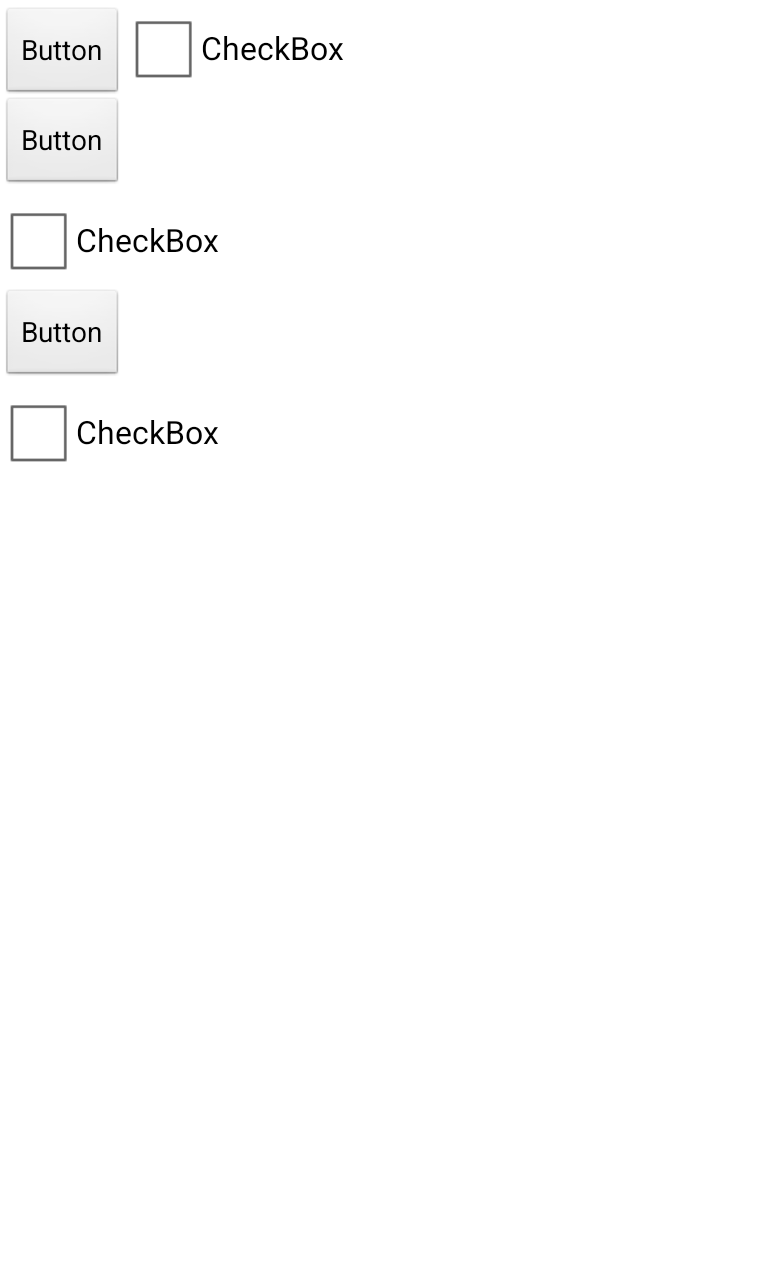
Repository: INBASD/Solar-Power-Project
Layout: Solar power calculator android/res/layout/menu.xml
The author's editor kept a copy of each file at every save. The layout is drawn from the files as they stood at one save, then again after the next save.
It is drawn on a 768 x 1280 px phone screen (xhdpi) without system bars, with theme AppTheme; the app's code is not run.

Above is the layout before, as saved 2012-09-08 04:23:42.

After the next save:
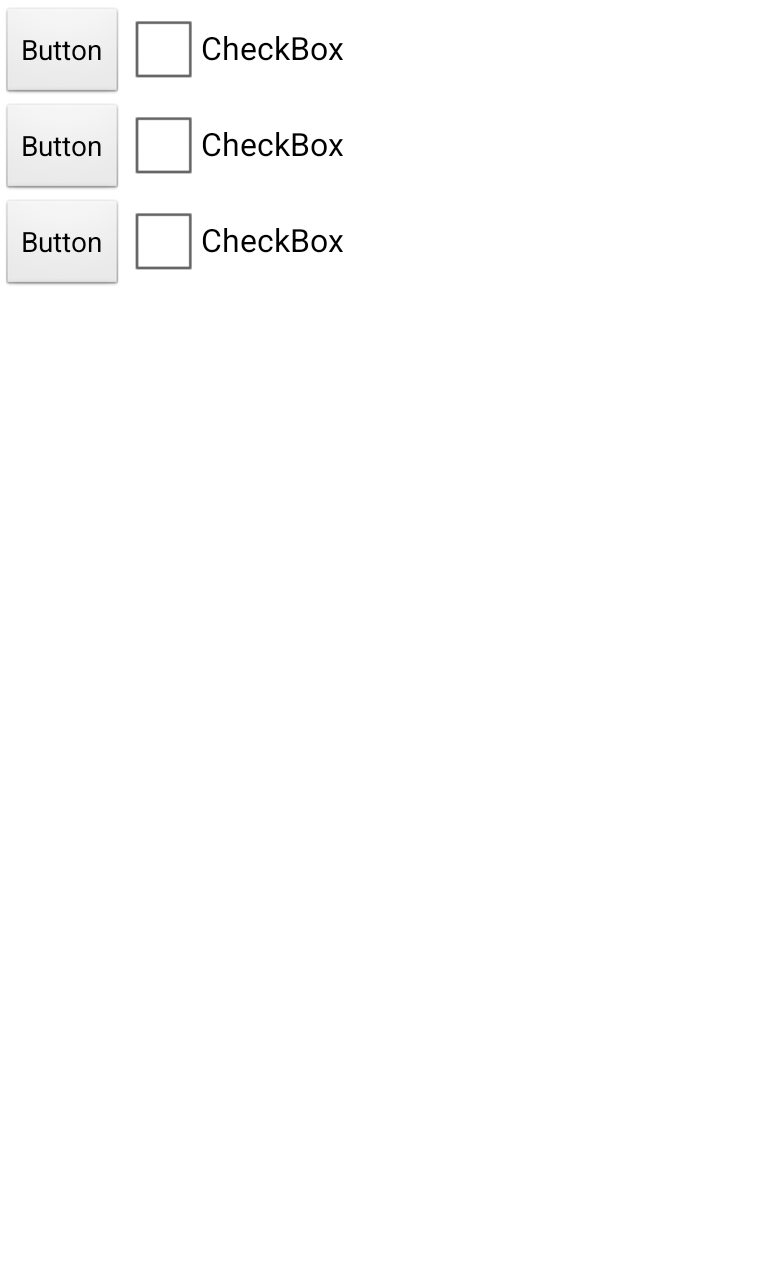
Saved 33 s later.
--- a/Solar power calculator android/res/layout/menu.xml
+++ b/Solar power calculator android/res/layout/menu.xml
@@ -24,8 +24,7 @@
 
     <LinearLayout
         android:layout_width="match_parent"
-        android:layout_height="wrap_content"
-        android:orientation="vertical" >
+        android:layout_height="wrap_content">
 
         <Button
             android:id="@+id/button2"
@@ -43,8 +42,7 @@
 
      <LinearLayout
         android:layout_width="match_parent"
-        android:layout_height="wrap_content"
-        android:orientation="vertical" >
+        android:layout_height="wrap_content">
 
         <Button
             android:id="@+id/button2"
